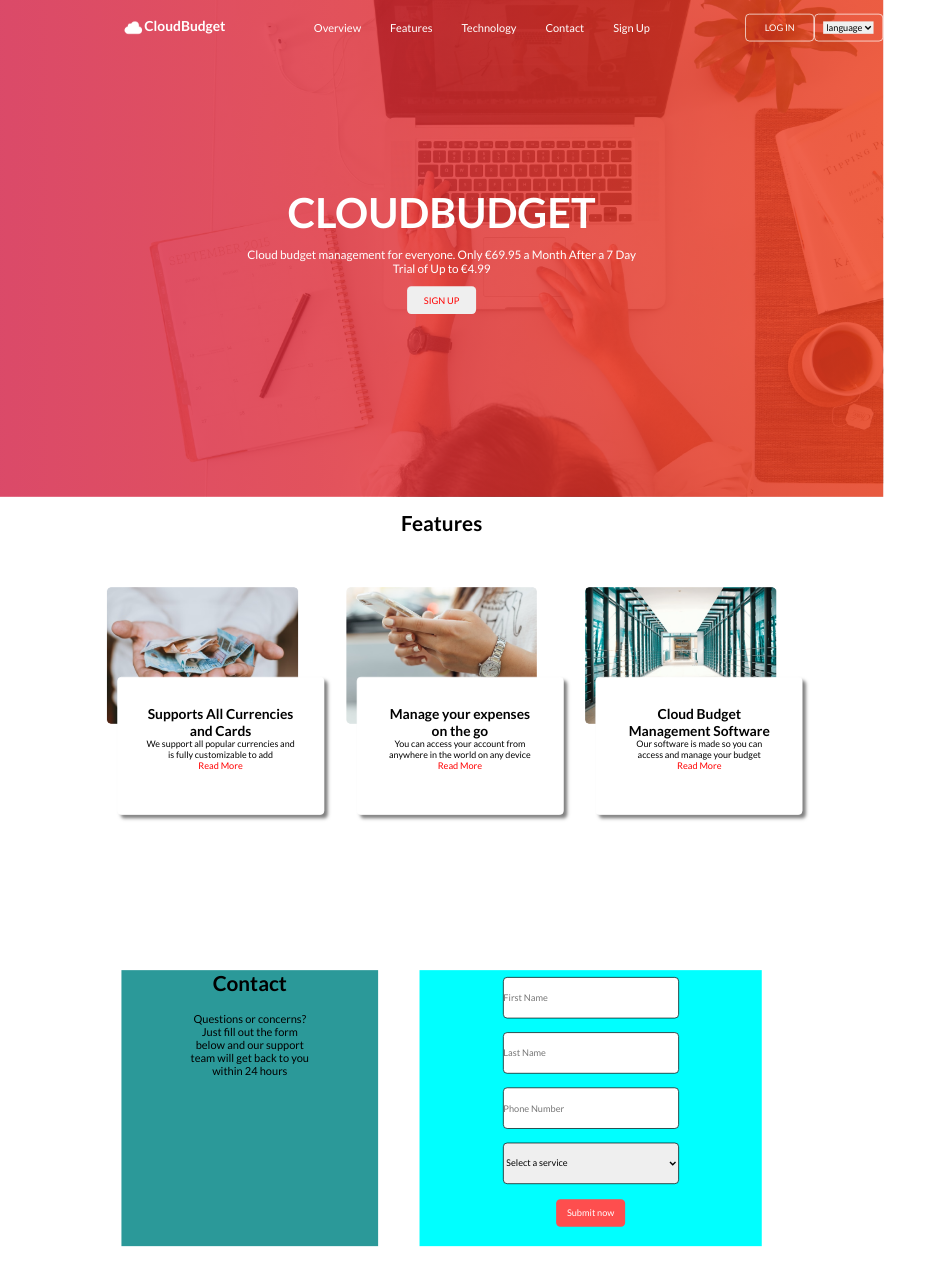
Repository: havvanurrana/website3
Page: index.html
These files come from the project's save history. The page is drawn as it stood at one moment and after the next save; the edit follows.
The browser window is 1280 px wide. The page is 1370 px wide, then 1344 px, so the pictures cover 1370 px, including what lies to the right of the window. The pictures show the whole page, at 69% of full size.

Above is the page before, as saved 2024-08-02 19:21:44.

### index.html
<!DOCTYPE html>
<html lang="tr">
  <head>
    <meta charset="UTF-8" />
    <meta name="viewport" content="width=device-width, initial-scale=1.0" />
    <title>CloudBudget</title>
    <link rel="stylesheet" href="style.css" />
    <link
      rel="stylesheet"
      href="https://cdnjs.cloudflare.com/ajax/libs/font-awesome/6.5.2/css/all.min.css"
      integrity="sha512-SnH5WK+bZxgPHs44uWIX+LLJAJ9/2PkPKZ5QiAj6Ta86w+fsb2TkcmfRyVX3pBnMFcV7oQPJkl9QevSCWr3W6A=="
      crossorigin="anonymous"
      referrerpolicy="no-referrer"
    />
    <link
      href="https://fonts.googleapis.com/css2?family=Lato:wght@400;700&display=swap"
      rel="stylesheet"
    />
  </head>
  <body>
    <section class="overview-section">
        <div class="linear-gradient"></div>
        <div class="content">
            <h3>CLOUDBUDGET</h3>
            <p>
                Cloud budget management for everyone. Only €69.95 a Month After a 7
                Day Trial of Up to €4.99
            </p>
            <button>SIGN UP</button>
        </div>
    </section>
    <header class="header-menu">
        <div class="markaamblem">
            <img src="assets/cloud.png" />
            <h3>CloudBudget</h3>
        </div>
        <nav class="navbar">
            <a href="#" class="navbarsect">Overview</a>
            <a href="#" class="navbarsect">Features</a>
            <a href="#" class="navbarsect">Technology</a>
            <a href="#" class="navbarsect">Contact</a>
            <a href="#" class="navbarsect">Sign Up</a>
        </nav>
        <div class="buttons">
            <button>LOG IN</button>
            <button>
                <select id="language" name="language">
                    <option value="">language</option>
                    <option value="uk">UK</option>
                    <option value="turk">Turkish</option>
                    <option value="sp">Spanish</option>
                    <option value="fr">French</option>
                </select>
            </button>
                <div class="toggle-menu">
                    <button>
                        <i class="fas fa-bars"></i>
                    </button>
                </div>
        </div>
    </header>

    <!--features kısmı -->
    <div class="featureshead">
        <h1>Features</h1>
    </div>
    <div class="features">
        <div class="featuressection">
            <div class="img">
                <img src="../assets/money.png" />
            </div>
            <div class="featurescard">
                <div>
                    <h1>Supports All Currencies and Cards</h1>
                </div>
                <div>
                    <p>
                        We support all popular currencies and is fully customizable to add
                    </p>
                </div>
                <button>Read More</button>
            </div>
      </div>
      <div class="featuressection">
          <div>
                <div class="img">
                    <img src="../assets/hand.png" />
                </div>
                <div class="featurescard">
                    <h1>Manage your expenses on the go</h1>
                        <p>
                          You can access your account from anywhere in the world on any
                          device
                        </p>
                    <button>Read More</button>
                </div>
            </div>
      </div>
          <div class="featuressection">
              <div>
                    <div class="img">
                        <img src="../assets/building.png" />
                    </div>
                    <div class="featurescard">
                          <h1>Cloud Budget Management Software</h1>
                          <p>Our software is made so you can access and manage your budget</p>
                          <button>Read More</button>
                    </div>
              </div>
          </div>
    </div>
    <!--contact kısmı-->
    <section >
        <div class="contact">
        <div class="contact-text">
            <h1>Contact</h1>
            <br><br>
            <p>
              Questions or concerns? Just fill out the form below and our support
              team will get back to you within 24 hours
            </p>
        </div>
        <div class="input">
            <input
            type="text"
            id="username"
            name="username"
            placeholder="First Name"
            />
            <input
            type="text"
            id="username"
            name="username"
            placeholder="Last Name"
            />
            <input
            type="text"
            id="username"
            name="username"
            placeholder="Phone Number"
            />

            <select id="service" name="service">
            <option value="">Select a service</option>
            <option value="service1">Service 1</option>
            <option value="service2">Service 2</option>
            <option value="service3">Service 3</option>
            <option value="service4">Service 4</option>
            </select>
            <br><br>
            <button>Submit now</button>
        </div>
    </div>
    </section>
    <script>
    </script>
  </body>
</html>

### style.css
/* genel*/
*{
   margin:0;
   padding: 0;
   box-sizing: border-box;
   outline: none;
   border: none;
   text-decoration: none;
   font-family: Lato;
}

html {
    font-size: 62.5%;
    overflow-x: hidden;
    scroll-behavior: smooth;
    scroll-padding-top: 9rem ;
 }
h1{
   font-size: 30px;
}
 /* header menu ve  amblem ve ilk ekran cssleri*/

.markaamblem{
   display: flex;
   justify-content:space-between;
   color: white;
}

.header-menu{
   width: 100%;
   display: flex;
   justify-content: space-between;
   align-items: center ;
   padding: 0 7% 0 7%;
   margin: 2rem 7%;
   z-index: 3;
   top: 0;
   position:absolute;
}
.header-menu .markaamblem img{
   height: 3rem;
}
.header-menu .markaamblem h3{
   font-size: 20px ;
}
.header-menu .navbar a{
   margin: 0 2rem;
   font-size: 1.6rem;
   color: white;
   z-index: 2;
}
  .header-menu button{
   border: 1px , solid, rgb(255, 255, 255);
   border-radius: 6px;
   color:rgb(255, 255, 255);
   width: 100px;
   height: 40px;
   gap: 0px;
   background-color: transparent;
}
 .header-menu .buttons{
   padding-left: 10px;
  /* left: 1000px;*/
   display: flex;
   justify-content: flex-end;
 /* position: absolute;*/
}
.overview-section{
   min-height: 100vh;
   display: flex;
   text-align: center;
   align-items: center;
   justify-content: center;
   background:  url(../assets/image1.png)
   no-repeat;
   background-size: cover;
  /* margin-top: -9.5rem;*/
}

.overview-section .content {
   max-width: 60rem;
   margin: 0.5rem;
   z-index: 2;
}
.overview-section .content h3{
   font-size: 6rem;
   margin: 0.5rem;
   color: white;
}
.overview-section .content p{
   font-size: 1.7rem;
   margin: 1.5rem;
   color: white;
}
.overview-section .content button{
   border:1px;
   width: 100px;
   height: 40px;
   border-radius: 6px;
   color: red;

}

.linear-gradient{
   min-height: 100vh;
   width: 100%;
   display: flex;
   z-index: 1;
   background: linear-gradient(90deg, rgba(213, 32, 71, 0.8) 0%, rgba(238, 61, 27, 0.8) 100%);
   position: absolute;
}

/* features kısmı*/
/* başlık*/
.featureshead{
   text-align: center;
   justify-content: center;
   margin: 1rem;
   padding: 1rem;
}
/* Kartlar*/
.features{
   display: grid;
   grid-template-columns: repeat(auto-fit, minmax(30rem, 1fr));
   margin:3rem;
   padding: 0 7%;
}
.featurescard{
   border-radius:0.6rem;
   border: 1px, solid, rgb(255, 255, 255);
   width: 30rem;
   height: 20rem;
   text-align: center;
   justify-content: center;
   align-items: center;
   padding: 4rem;
   margin: 3rem;
   background-color: white;
   transform: translate(-5%,-50%);
   box-shadow: 5px 5px 5px rgba(0, 0, 0,0.5);
}
.featuressection{
   justify-content: center;
   align-items: center;
   margin: 1rem;
   padding: 2.5rem;
}
.features img{
   width: 100%;
   object-fit: cover;
}
.featurescard h1{
   font-size: 2rem;
}
.featurescard p{
   font-size: 1.3rem;
}
.featurescard button{
   border: none;
   background-color: transparent;
   color: red;
}

/*Contact kısmı */

.contact{
   display: flex;
   flex-direction: row;
   margin: 2rem;
   justify-content: center;
}
.contact div{
   text-align: center;
   justify-content:center;
   align-items: center;
   padding: 0 8%;
   margin: 3rem;
}
.contact h1{
   font-size: 30px;
}
.contact p{
   font-size: 16px;
}
 .contact .contact-text{
width: 30%;
height: 40rem;
background-color: rgb(43, 153, 153);
}
input{
   width: 255px;
   height: 60px;
   border: 1px, solid, black;
   border-color: rgb(0, 0, 0);
   border-radius: 6px;
   margin: 1rem;
}
.contact select{
   width: 255px;
   height: 60px;
   border: 1px, solid, black;
   border-color: rgb(0, 0, 0);
   border-radius: 6px;
   margin: 1rem;
}
.contact button{
   width: 100px;
   height: 40px;
   border-radius: 6px;
   color: white;
   background-color: rgb(254, 78, 78);
}
.contact .input{
   width: 40%;
   height: 40rem;
   align-items: center;
   justify-content: center;
   background-color: aqua;
   text-align: center;
}

/* toggle menu*/

.toggle-menu {
   display: none;
}


/* toggle menu*/

.toggle-menu {
   display: none;
}

/*.contact-text{
   width: 60%;
   height: 700px;
}*/
input{
   width: 255px;
   height: 60px;
   border: 1px, solid, black;
   border-color: rgb(0, 0, 0);
   border-radius: 6px;
   margin: 1rem;
}
.contact select{
   width: 255px;
   height: 60px;
   border: 1px, solid, black;
   border-color: rgb(0, 0, 0);
   border-radius: 6px;
}
.contact button{
   width: 100px;
   height: 40px;
   border-radius: 6px;
   color: white;
   background-color: rgb(254, 78, 78);
}

*/
/* toggle menu ve responsive kısım*/

.toggle-menu {
   display: none;
}
 /*
@media (max-width: 1200px) {
   .navbar {
       display: none;
   }
   .toggle-menu {
       display: block;
       left: 90%;
       position: absolute;
   }
   .contact {
      flex-direction: column;
      align-items: center;
}

.contact-text, .contact div {
      width: 100%;
      padding: 0;
      margin: 1rem 0;
}

.toggle-menu.active + .navbar {
   display: flex;
   flex-direction: column;
   position: absolute;
   top: 100%;
   left: 0;
   right: 0;
   background-color: #333;
   z-index: 1;
}

.toggle-menu button {
   background: none;
   border: none;
   color: white;
   font-size: 2rem;
}

}*/

After the next save:
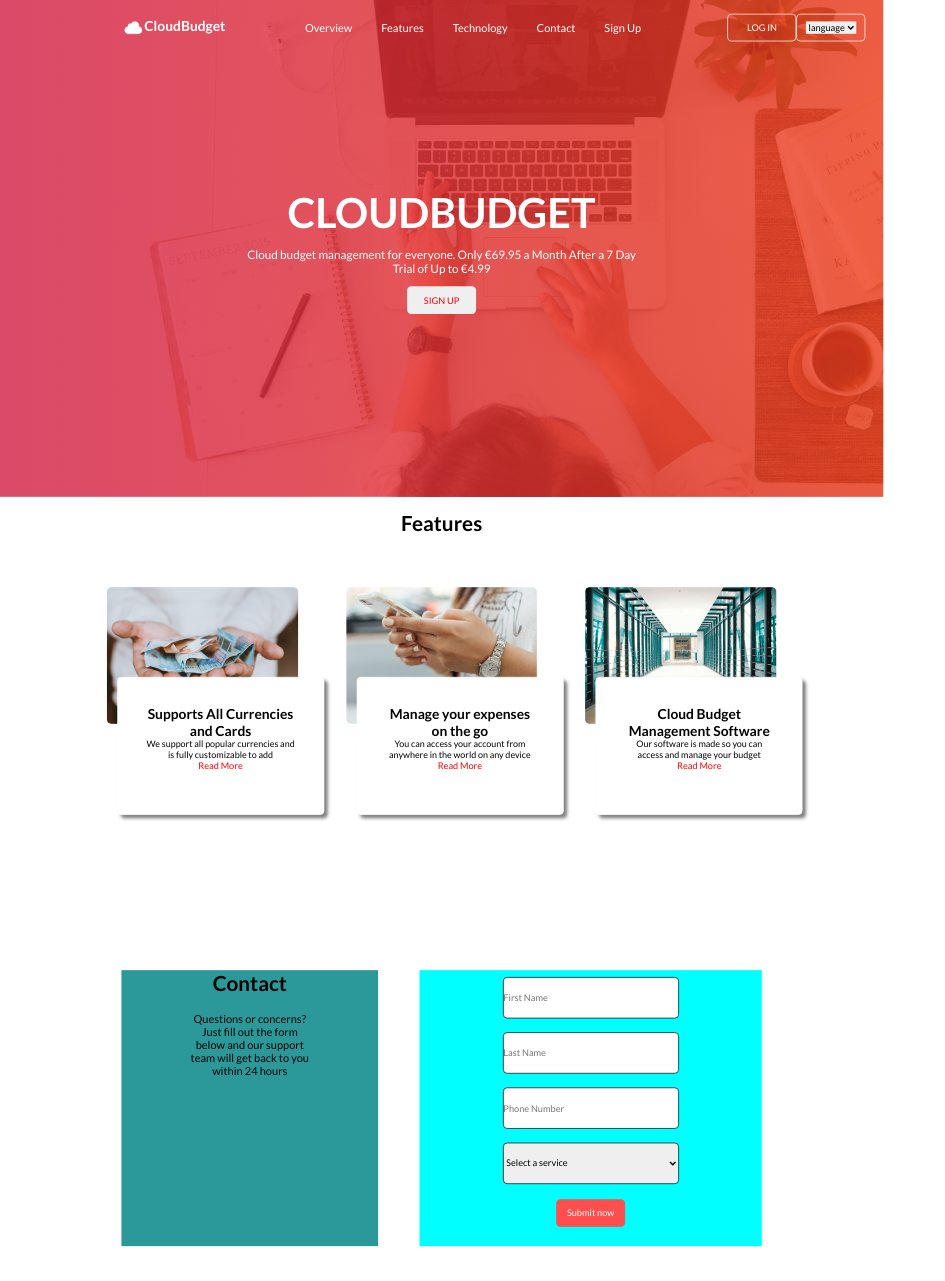
Saved 50 s later.
--- a/style.css
+++ b/style.css
@@ -27,11 +27,11 @@ h1{
 }
 
 .header-menu{
-   width: 100%;
+   width: 98%;
    display: flex;
    justify-content: space-between;
    align-items: center ;
-   padding: 0 7% 0 7%;
+   padding: 0 7%;
    margin: 2rem 7%;
    z-index: 3;
    top: 0;
